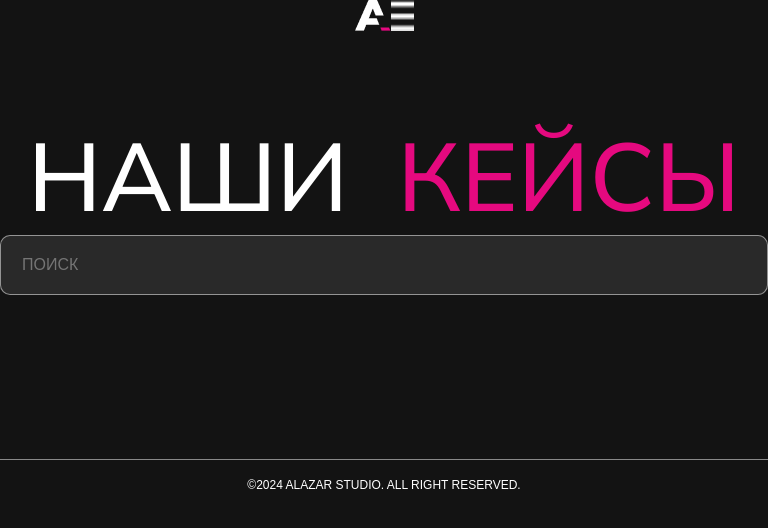
Repository: AlazarStudio/alazar_studio
Page: /cases
These files come from the project's save history. The page is drawn as it stood at one moment and after a run of saves; the edit follows.
The browser window is 768 px wide. The pictures show the whole page.
The page's requests for data from a server got no answer. The project was rebuilt for these pictures with package versions that can differ from the ones it lists, and the page was loaded fresh each time. No one was signed in, and anything a server would have sent is missing. Also part of the build but not shown: vite.config.js, src/Components/Pages/Non_Found_Page.jsx, src/Components/Standart/CenterBlock/CenterBlock.module.css, src/Components/Standart/CenterBlock/CenterBlock.jsx, src/Components/Standart/WidthBlock/WidthBlock.module.css, src/Components/Standart/WidthBlock/WidthBlock.jsx, src/Components/Pages/HomePage/HomePage.module.css, src/Components/Pages/HomePage/HomePage.jsx and 13 more.

Above is the page before, as saved 2025-05-06 16:31:59.

### index.html
<!DOCTYPE html>
<html lang="ru">
  <head>
    <meta charset="UTF-8" />
    <link rel="icon" type="image/svg+xml" href="/favicon-alazar-studio.png" />
    <meta name="viewport" content="width=device-width, initial-scale=1.0" />
    <title>Название сайта</title>
    <!-- <link
      rel="stylesheet"
      href="https://fonts.googleapis.com/css2?family=Montserrat:wght@400;500;600;700,800&display=swap"
    /> -->
    <link
      href="https://fonts.googleapis.com/css2?family=Mulish:wght@300;400;500;600;700;800&display=swap"
      rel="stylesheet"
    />
  </head>
  <body>
    <div id="root"></div>
    <script type="module" src="/src/main.jsx"></script>
  </body>
</html>

### src/App.jsx
import React from 'react';
import { Route, Routes } from 'react-router-dom';
import Non_Found_Page from './Components/Pages/Non_Found_Page';
import Layout from './Components/Standart/Layout/Layout';
// import AdminPage from './Components/Pages/AdminPage/AdminPage';
import HomePage from './Components/Pages/HomePage/HomePage';
import AdminPage from './Components/Pages/AdminPage/AdminPage';
import CasesPage from './Components/Pages/CasesPage/CasesPage';

function App() {
  return (
    <>
      <Routes>
        <Route path="/" element={<Layout />}>
          <Route path="/" element={<HomePage />} />
          <Route path="/cases" element={<CasesPage />} />

          <Route path="*" element={<Non_Found_Page />} />
        </Route>
        <Route path="/admin/*" element={<AdminPage />} />
      </Routes>
    </>
  );
}

export default App;

### src/index.css
* {
    margin: 0;
    padding: 0;
    box-sizing: border-box;
    font-family: 'Montserrat', sans-serif;
    scroll-behavior: smooth;
}

a {
    text-decoration: none;
}

:root {
    --blockWidth: 1300px;
}

body {
    background-color: #131313;
    color: #fff;
    /* margin-top: 0px; */
}

main {
    /* display: flex;
    flex-direction: column;
    gap: 80px;
    padding-bottom: 80px; */
}

### src/Components/Standart/Layout/Layout.jsx
import React from "react";
import { Outlet } from "react-router-dom";

import Header from "../../Blocks/Header/Header"
import Footer from "../../Blocks/Footer/Footer";


function Empty({ children, ...props }) {
    return (
        <>
            <Header/>
            <Outlet />
            <Footer/>
        </>
    );
}

export default Empty;

### src/Components/Pages/CasesPage/CasesPage.jsx
import React, { useEffect, useState } from 'react';
import classes from './CasesPage.module.css';
import serverConfig from '../../../serverConfig';
import uploadsConfig from '../../../uploadsConfig';
import CaseHomeCard from '../../ui/HomePage/CaseHomeCard';

export default function CasesPage() {
  const [caseHomes, setCaseHomes] = useState([]);
  const [categories, setCategories] = useState([]); // 🆕 категории
  const [loading, setLoading] = useState(false);
  const [error, setError] = useState(null);

  useEffect(() => {
    const fetchData = async () => {
      setLoading(true);
      try {
        // Загружаем кейсы и категории параллельно
        const [casesHomeRes, categoriesRes] = await Promise.all([
          fetch(`${serverConfig}/casesHome`),
          fetch(`${serverConfig}/categories`),
        ]);

        const casesHomeData = await casesHomeRes.json();
        const categoriesData = await categoriesRes.json();

        setCaseHomes(casesHomeData);
        setCategories(categoriesData);
      } catch (err) {
        console.error('Ошибка загрузки данных:', err);
        setError('Ошибка загрузки данных');
      } finally {
        setLoading(false);
      }
    };

    fetchData();
  }, []);

  return (
    <div className={classes.container}>
      <div className={classes.containerCase}>
        <div className={classes.containerCaseTop}>
          <div className={classes.containerCaseTopName}>
            <span>НАШИ</span>
            <span>КЕЙСЫ</span>
          </div>
          <input placeholder="ПОИСК" />
        </div>

        {/* 🔽 Категории */}
        <div className={classes.categoryMenu}>
          {categories.map((cat) => (
            <span key={cat.id} className={classes.categoryItem}>
              {cat.title}
            </span>
          ))}
        </div>

        {/* 🔽 Кейсы */}
      </div>
      <CaseHomeCard caseHomes={caseHomes} />
    </div>
  );
}

### src/Components/Blocks/Header/Header.jsx
import React, { useEffect, useState } from 'react';
import classes from './Header.module.css';
import { Link } from 'react-router-dom';

function Header() {
  const [isScrolled, setIsScrolled] = useState(false);
  const [isMenuOpen, setIsMenuOpen] = useState(false);

  useEffect(() => {
    const handleScroll = () => {
      if (window.scrollY > 50) {
        setIsScrolled(true);
      } else {
        setIsScrolled(false);
      }
    };

    window.addEventListener('scroll', handleScroll);
    return () => window.removeEventListener('scroll', handleScroll);
  }, []);

  const toggleMenu = () => {
    setIsMenuOpen((prev) => !prev);
  };

  const closeMenu = () => {
    setIsMenuOpen(false);
  };

  return (
    <div className={classes.container}>
      <div
        className={`${classes.containerNav} ${
          isScrolled ? classes.scrolled : ''
        }`}
      >
        <ul>
          <li>
            {' '}
            <img
              src="/images/headerLogo.png"
              alt="Логотип"
              className={classes.logo}
            />
          </li>
          <li>
            <Link to="/">ГЛАВНАЯ</Link>
          </li>
          <li>
            <Link to="/service">УСЛУГИ</Link>
          </li>
          <li>
            <Link to="/cases">КЕЙСЫ</Link>
          </li>
          <li>
            <Link to="/shop">МАГАЗИН</Link>
          </li>
          <li>
            <Link to="/about">О НАС</Link>
          </li>
          <li>
            <Link to="/contacts">КОНТАКТЫ</Link>
          </li>
        </ul>
      </div>

      {/* Мобильная версия */}
      <div
        className={`${classes.containerNavMobile} ${
          isScrolled ? classes.scrolled : ''
        }`}
      >
        <img
          src="/images/LogoAlazarM.png"
          alt="Логотип"
          className={classes.logoMobile}
        />

        {/* Иконка меню, по клику открывается меню */}
        <img
          src="/images/headerMobil.png"
          alt="Меню"
          className={classes.menuIcon}
          onClick={toggleMenu}
        />

        {/* Блок с меню */}
        <div
          className={`${classes.menu} ${isMenuOpen ? classes.open : ''}`}
          onClick={closeMenu}
        >
          <ul>
            <li>
              <Link to="/">ГЛАВНАЯ</Link>
            </li>
            <li>
              <Link to="/service">УСЛУГИ</Link>
            </li>
            <li>
              <Link to="/cases">КЕЙСЫ</Link>
            </li>
            <li>
              <Link to="/shop">МАГАЗИН</Link>
            </li>
            <li>
              <Link to="/about">О НАС</Link>
            </li>
            <li>
              <Link to="/contacts">КОНТАКТЫ</Link>
            </li>
          </ul>
        </div>
      </div>
    </div>
  );
}

export default Header;

### src/Components/Blocks/Footer/Footer.jsx
import React from 'react';
import classes from './Footer.module.css';
import CenterBlock from '../../Standart/CenterBlock/CenterBlock';
import WidthBlock from '../../Standart/WidthBlock/WidthBlock';

function Footer({ children, ...props }) {
  return (
    <>

          <div className={classes.container}>
            <span>©2024 ALAZAR STUDIO. ALL RIGHT RESERVED.</span>
          </div>

    </>
  );
}

export default Footer;

### src/serverConfig.js
function serverConfig() {
  const server = 'http://localhost:5000/api';
  // const server = 'https://backend.kch-tourism.ru/api'
  return server;
}

export default serverConfig();

### src/uploadsConfig.js
function uploadsConfig() {
	const server = 'http://localhost:5000'
	// const server = 'https://backend.equipment-house.ru'
	return server
}

export default uploadsConfig()

### src/Components/ui/HomePage/CaseHomeCard.jsx

import classes from './CaseHomeCard.module.css';
import uploadsConfig from '../../../uploadsConfig';

export default function CaseHomeCard({caseHomes}) {


  return (

        <div className={classes.containerCaseMenu}>
          {caseHomes.map((item) => (
            <div key={item.id} className={classes.caseItem}>
              <img src={`${uploadsConfig}${item.img[0]}`} alt={item.name} />
              {/* <span>{item.name}</span> */}
            </div>
          ))}
        </div>

  );
}

### src/Components/Pages/CasesPage/CasesPage.module.css


.container {
  display: flex;
  flex-direction: column;
  width: 100%;
  align-items: center;
}


.containerCase {
  display: flex;
  flex-direction: column;
  width: 100%;
  max-width: 1609px;
  align-items: center;
  margin-top: 115px;
}

.containerCaseTop {
  display: flex;
  flex-direction: column;
  align-items: center;
  width: 100%;
  max-width: 1301px;
}

.containerCaseTop input {
  width: 100%;
  height: 60px;
  border: 1px solid rgba(255, 255, 255, 0.5); /* полупрозрачная белая граница */
  background-color: rgba(128, 128, 128, 0.2); /* полупрозрачный серый фон */
  padding: 21px;
  color: #fff;
  border-radius: 10px;
  font-size: 16px;
  outline: none;
}


.containerCaseTopName {
  display: flex;
  gap: 49px;
}

.containerCaseTopName span:nth-of-type(1) {
  font-size: 96px;
  font-weight: 500;
  color: #fff;
  font-family: 'Mulish', sans-serif;
}

.containerCaseTopName span:nth-of-type(2) {
  font-size: 96px;
  font-weight: 500;
  color: #e5097f;
  font-family: 'Mulish', sans-serif;
}

.containerCaseTop img {
  width: 106px;
  cursor: pointer;
}

.categoryMenu {
  display: flex;
  align-items: center;
  justify-content: space-between;
  width: 100%;
  max-width: 1301px;
  margin-top: 34px;
  gap: 1px;
}

.categoryMenu span {
  display: flex;
  align-items: center;
  justify-content: center;
  padding: 20px;
  font-size: 16px;
  font-weight: 400;
  height: 60px;
  border: 1px solid rgba(255, 255, 255, 0.5);
  border-radius: 10px;
  font-family: 'Mulish', sans-serif;
  cursor: pointer;
}

### src/Components/Blocks/Header/Header.module.css
.container {
  display: flex;
  align-items: center;
  justify-content: center;
  position: fixed;
  top: 0;
  left: 0;
  width: 100%;
  z-index: 1000;
  transition: background 0.3s ease-in-out;

}

.containerNav {
  display: flex;
  width: 100%;
  align-items: center;
  justify-content: center; /* Логотип слева, меню справа */
  /* outline: 1px solid red; */
  height: 98px;
  background: transparent; /* Начально прозрачный */
  transition: background 0.3s ease-in-out;
  padding: 0;
}

.scrolled {
  background: #131313; /* Черный фон при скролле */
}

.logo {
  height: 49px;
}

ul {
  display: flex;
  width: 100%;
  max-width: 1400px;
  align-items: center;
  justify-content: space-between;
  list-style: none;
  padding: 0;
  margin: 0;
  /* gap: 20px; */
}

li a {
  font-size: 16px;
  font-weight: 500;
  color: #fff;
  text-decoration: none;
  transition: color 0.3s;
  font-family: 'Mulish', sans-serif;
}

.containerNavMobile {
  display: none;
}

/* li a:hover {
  color: #81212D;
} */


@media (max-width: 1280px) {

  .container {
    padding: 0px;

  }

  .containerNavMobile {
    display: none;
  }


}

@media (max-width: 768px) {

  .containerNav {
    display: none;
  }

  .containerNavMobile {
    display: flex;

  }

  /* Добавляем стиль для меню */
.menu {
  position: fixed;
  top: 0;
  right: -100%;
  width: 250px;
  height: 100%;
  background: #131313;
  transition: right 0.3s ease-in-out;
  display: flex;
  justify-content: center;
  align-items: center;
}

.menu.open {
  right: 0;
}

.menu ul {
  display: flex;
  flex-direction: column;
  list-style: none;
}

.menu li {
  margin: 15px 0;
}

.menu li a {
  color: #fff;
  text-decoration: none;
  font-size: 18px;
  font-weight: 500;
}


}

### src/Components/Blocks/Footer/Footer.module.css
.container {
  display: flex;
  align-items: center;
  justify-content: center;
  height: 100px;
  color: #fff;
  border-top: 1px solid rgba(255, 255, 255, 0.5);
  margin-top: 100px;
  padding: 2px;
  font-size: 12px;
}



@media (max-width: 768px) {
  .container {
    height: 50px;
    font-size: 12px;
  }
}

### src/Components/ui/HomePage/CaseHomeCard.module.css
.containerCaseMenu {
  display: flex;
  justify-content: space-between;
  flex-wrap: wrap;
  width: 100%;
  max-width: 1609px;
  margin-top: 30px;
}

.caseItem {
  display: flex;
  flex-direction: column;
  position: relative;
  align-items: center;
  width: 507px;
  height: 507px;
  cursor: pointer;
  margin-top: 48px;
  border-radius: 10px;
}

.caseItem img {
  width: 100%;
  height: 100%;
  border-radius: 10px;
}

.caseItem span {
  display: flex;
  text-align: center;
  position: absolute;
  top: 72px;
  font-size: 30px;
  font-weight: 700;
  margin-right: 50px;
  margin-left: 50px;
}

@media (max-width: 1280px) {
  .containerCaseMenu {
    max-width: 1280px;
  }

  .caseItem {
    width: 368px;
    height: 368px;
  }
}

@media (max-width: 480px) {
  .containerCaseMenu {
    max-width: 480px;
    margin-top: -30px !important;
  }

  .caseItem {
    width: 100%;
  }
}

Loaded but not shown: src/main.jsx (common file)

After the next 2 saves:
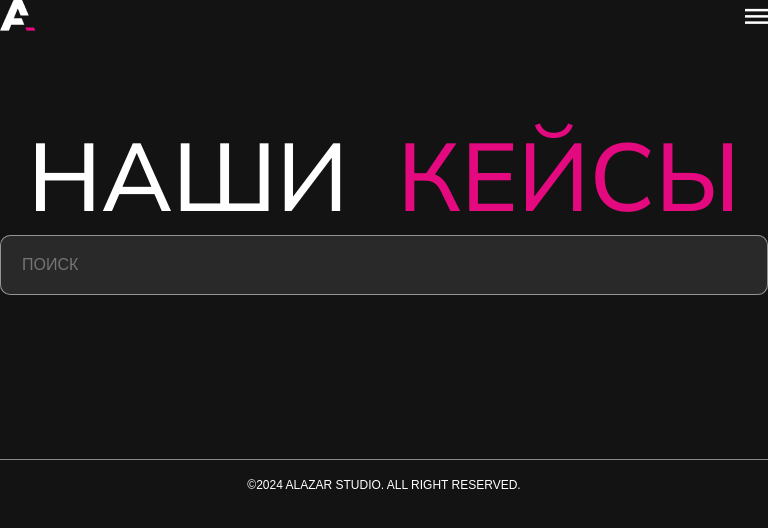
The 2 saves are shown as one change because they came seconds apart.
The last was saved 10 s later.
--- a/src/Components/Blocks/Header/Header.module.css
+++ b/src/Components/Blocks/Header/Header.module.css
@@ -83,7 +83,9 @@ li a {
 
   .containerNavMobile {
     display: flex;
-
+    align-items: center;
+    justify-content: space-between;
+    width: 100%;
   }
 
   /* Добавляем стиль для меню */
